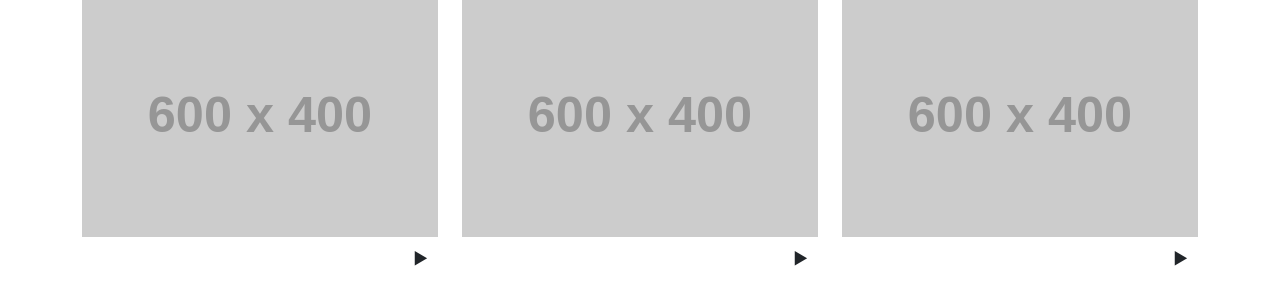
Repository: fbansept/ran4_24
Page: index.html
The author's editor kept a copy of each file at every save. The page is drawn from the files as they stood at one save, then again after the next save.
The browser window is 1280 px wide. The pictures show the whole page.

Above is the page before, as saved 2024-10-14 11:25:57.

### index.html
<!DOCTYPE html>
<html lang="en">
  <head>
    <meta charset="UTF-8" />
    <meta name="viewport" content="width=device-width, initial-scale=1.0" />
    <title>Document</title>
    <link
      href="https://cdn.jsdelivr.net/npm/bootstrap@5.3.3/dist/css/bootstrap.min.css"
      rel="stylesheet"
      integrity="sha384-QWTKZyjpPEjISv5WaRU9OFeRpok6YctnYmDr5pNlyT2bRjXh0JMhjY6hW+ALEwIH"
      crossorigin="anonymous"
    />
    <script
      defer
      src="https://cdn.jsdelivr.net/npm/bootstrap@5.3.3/dist/js/bootstrap.bundle.min.js"
      integrity="sha384-YvpcrYf0tY3lHB60NNkmXc5s9fDVZLESaAA55NDzOxhy9GkcIdslK1eN7N6jIeHz"
      crossorigin="anonymous"
    ></script>

    <link rel="stylesheet" href="style.css">
  </head>
  <body>
    <main class="container">
      <div class="row row-cols-1 row-cols-md-3">
        <article class="col">
          <div>
            <img src="https://placehold.co/600x400" />
            <div class="button">▶</div>
          </div>
        </article>
        <article class="col">
          <div>
            <img src="https://placehold.co/600x400" />
            <div class="button">▶</div>
          </div>
        </article>
        <article class="col">
          <div>
            <img src="https://placehold.co/600x400" />
            <div class="button">▶</div>
          </div>
        </article>
      </div>
    </main>
  </body>
</html>

### style.css
.container > .row > article > div {
  position: relative;
  width: 100%;
  height: 300px;
}

.container > .row > article > div > img {
  object-fit: cover;
  width: 100%;
}

.button {
  position: absolute;
  bottom: 30px;
  right: 10px;
}

After the next save:
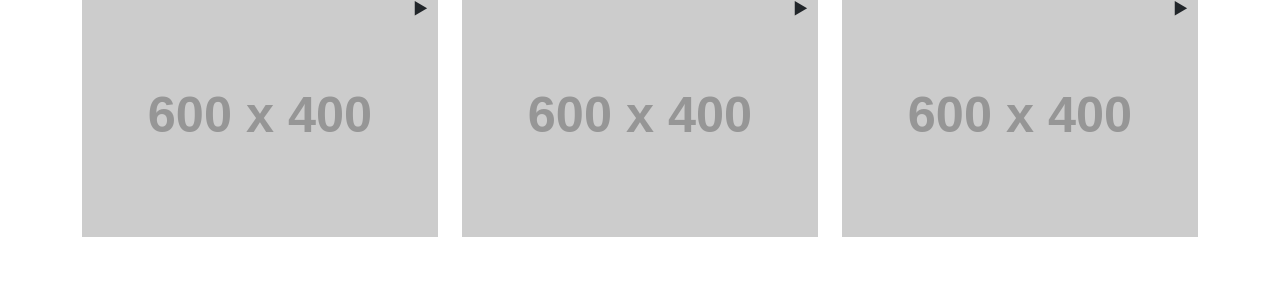
Saved 60 s later.
--- a/style.css
+++ b/style.css
@@ -11,6 +11,6 @@
 
 .button {
   position: absolute;
-  bottom: 30px;
+  bottom: 280px;
   right: 10px;
 }
